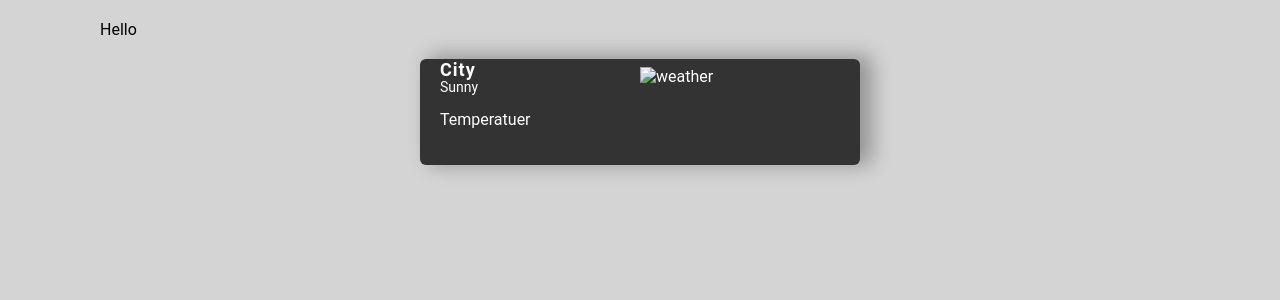
Repository: sedat-akdogan/React_Weather
Page: / (app in london_weather/)
These files come from the project's save history. The page is drawn as it stood at one moment and after the next save; the edit follows.
The browser window is 1280 px wide. The pictures show the whole page.
The project was rebuilt for these pictures with package versions that can differ from the ones it lists, and the page was loaded fresh each time.

Above is the page before, as saved 2023-07-09 17:48:16.

### london_weather/src/index.css
body {
    margin: 0;
    font-family: 'Roboto', Arial !important;
    -webkit-font-smoothing: antialiased;
    -moz-osx-font-smoothing: grayscale;
    background-color: #d5d4d4;
}

code {
    font-family: source-code-pro, Menlo, Monaco, Consolas, 'Courier New',
        monospace;
}

### london_weather/src/App.js
import Search from './components/search/Search';
import './App.css';
import CurrentWeather from './components/current-weather/current-weather';

function App() {

    const handleOnSearchChange = (searchData) => {
        console.log(searchData);
    }

    return (
        <div className="container">
            <Search onSearchChange={handleOnSearchChange} />
            <CurrentWeather />
        </div>
    );
}

export default App;

### london_weather/src/components/search/Search.js
import React from "react";


const Search = () => {
    return ("Hello");
}

export default Search;

### london_weather/src/App.css
.container {
    max-width: 1080px;
    margin: 20px auto;
}

### london_weather/src/components/current-weather/current-weather.js
import "./current-weather.css";


const CurrentWeather = () => {
    return (
        <div className="weather">
            <div className="top">
                <div>
                    <p className="city">City</p>
                    <p className="weather-description">Sunny</p>
                </div>
                <img src="" alt="weather" className="weather-icon" />
            </div>
            <div className="bottom">
                <p className="temperature">Temperatuer</p>
                <div className="details">
                    <div className="parameter-row">
                        <span className="parameter-label"></span>
                    </div>
                </div>
            </div>
        </div>
    );
}

export default CurrentWeather;

### london_weather/src/components/current-weather/current-weather.css
.weather {
    width: 400px;
    border-radius: 6px;
    box-shadow: 10px -2px 20px 2px rgb(0 0 0 / 30%);
    color: #fff;
    background-color: #333;
    margin: 20px auto 0 auto;
    padding: 0 20px 20px 20px;
}

.top {
    display: flex;
    justify-content: space-between;
    align-items: center;
}

.city {
    font-weight: 600;
    font-size: 18px;
    margin: 0;
    letter-spacing: 1px;
}

.weather-description {
    font-weight: 400;
    font-size: 14px;
    line-height: 1;
    margin: 0;
}

.weather-icon {
    width: 200px;
}

Loaded but not shown: london_weather/public/index.html (common file); london_weather/src/index.js (common file); london_weather/src/reportWebVitals.js (common file)

After the next save:
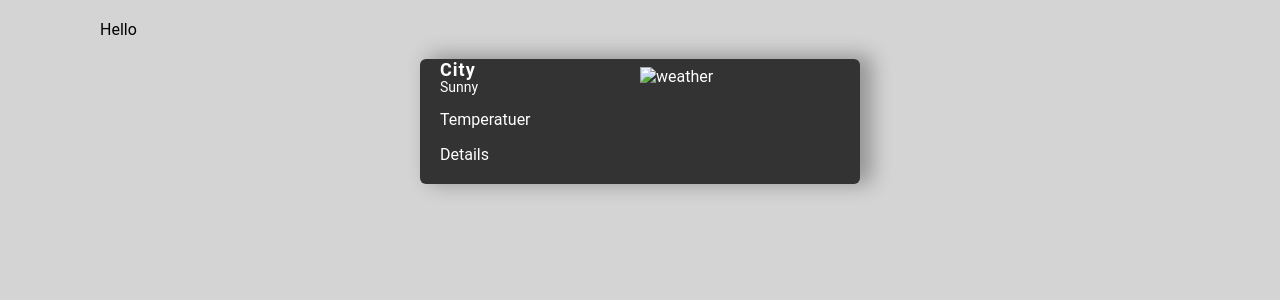
Saved 7 s later.
--- a/london_weather/src/components/current-weather/current-weather.js
+++ b/london_weather/src/components/current-weather/current-weather.js
@@ -15,7 +15,7 @@ const CurrentWeather = () => {
                 <p className="temperature">Temperatuer</p>
                 <div className="details">
                     <div className="parameter-row">
-                        <span className="parameter-label"></span>
+                        <span className="parameter-label">Details</span>
                     </div>
                 </div>
             </div>
